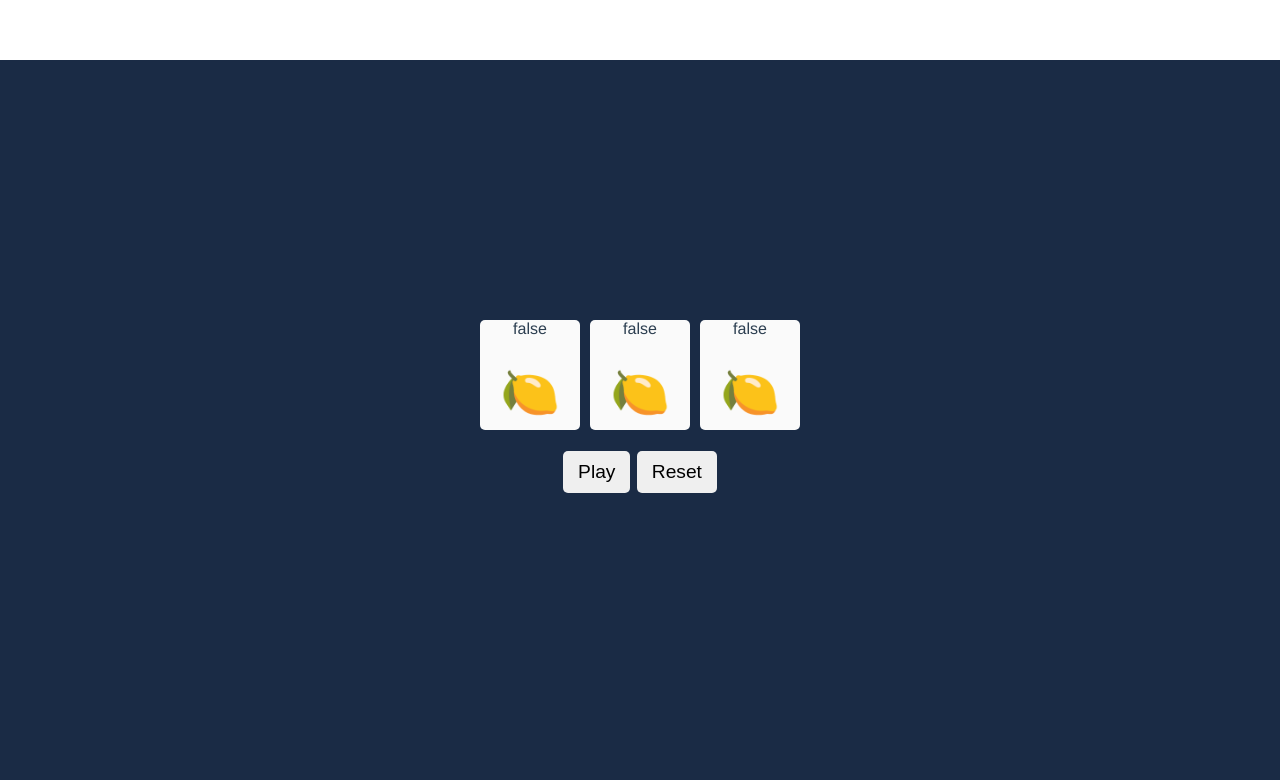
Repository: HERBOD7/slotmachine
Page: /
These files come from the project's save history. The page is drawn as it stood at one moment and after the next save; the edit follows.
The browser window is 1280 px wide. The pictures show the whole page.
The project was rebuilt for these pictures with package versions that can differ from the ones it lists, and the page was loaded fresh each time. Also part of the build but not shown: vue.config.js.

Above is the page before, as saved 2023-07-22 17:29:40.

### src/App.vue
<template>
  <div id="app">
    <div class="doors">
      <div class="door" v-for="i in 3" :key="i">
        {{ isLoading }}
        <div>
          <!-- <div class="boxes">
            <div
              :class="['box', transitionend ? 'blur' : '']"
              v-for="(symbol, index) in symbols"
              :key="index"
            >
              {{ symbol }}
            </div>
          </div> -->
          <SlotBox :symbols="symbols" />
        </div>
      </div>
    </div>

    <div class="buttons">
      <button @click="init" id="spinner">Play</button>
      <button @click="init" id="reseter">Reset</button>
    </div>
  </div>
</template>

<script>
// import HelloWorld from "./components/HelloWorld.vue";
import SlotBox from "./components/SlotBox.vue";

export default {
  name: "App",
  components: {
    // HelloWorld,
    SlotBox,
  },
  data() {
    return {
      symbols: ["🍋", "🍉", "🍒", "🍊"],
      transitionstart: false,
      transitionend: false,
      isLoading: false,
    };
  },
  created() {
    this.init();
  },
  methods: {
    init(firstInit = true, groups = 1, duration = 1) {
      const doors = document.querySelectorAll(".door");
      // this.isLoading = true;
      for (const door of doors) {
        const boxes = door.querySelector(".boxes");
        const boxesClone = boxes.cloneNode(false);
        // const pool = ["❓"];
        const pool = [];

        if (!firstInit) {
          const arr = [];
          for (let n = 0; n < (groups > 0 ? groups : 1); n++) {
            arr.push(...this.symbols);
          }
          pool.push(...this.shuffle(arr));

          boxesClone.addEventListener(
            "transitionstart",
            function () {
              door.dataset.spinned = "1";
              this.querySelectorAll(".box").forEach((box) => {
                box.style.filter = "blur(1px)";
              });
            },
            { once: true }
          );

          boxesClone.addEventListener(
            "transitionend",
            function () {
              this.querySelectorAll(".box").forEach((box) => {
                box.style.filter = "blur(0)";
                // if (index > 0) this.removeChild(box);
              });
            },
            { once: true }
          );
        }

        // for (let i = pool.length - 1; i >= 0; i--) {
        //   const box = document.createElement("div");
        //   box.classList.add("box");
        //   box.style.width = door.clientWidth + "px";
        //   box.style.height = door.clientHeight + "px";
        //   box.textContent = pool[i];
        //   boxesClone.appendChild(box);
        // }
        this.symbols = this.shuffle(this.symbols);
        boxesClone.style.transitionDuration = `${duration > 0 ? duration : 1}s`;
        boxesClone.style.transform = `translateY(-${
          door.clientHeight * (pool.length - 1)
        }px)`;
        // door.replaceChild(boxesClone, boxes);
      }
      // this.isLoading = false;
    },
    enterTransition() {
      this.transitionstart = true;
      console.log("start");
    },
    leaveTransition() {
      this.transitionend = true;
      console.log("end");
    },
    async spin() {
      this.init(false, 1, 2);
      const doors = document.querySelectorAll(".door");
      for (const door of doors) {
        const boxes = door.querySelector(".boxes");
        const duration = parseInt(boxes.style.transitionDuration);
        boxes.style.transform = "translateY(0)";
        await new Promise((resolve) => setTimeout(resolve, duration * 100));
      }
    },
    shuffle(array) {
      for (let i = array.length - 1; i > 0; i--) {
        const j = Math.floor(Math.random() * (i + 1));
        [array[i], array[j]] = [array[j], array[i]];
      }
      return array;
    },
  },
};
</script>

<style>
#app {
  font-family: Avenir, Helvetica, Arial, sans-serif;
  -webkit-font-smoothing: antialiased;
  -moz-osx-font-smoothing: grayscale;
  text-align: center;
  color: #2c3e50;
  margin-top: 60px;
}

body {
  width: 100vw;
  height: 100vh;
  margin: 0;
  padding: 0;
}

#app {
  width: 100%;
  height: 100%;
  background: #1a2b45;
  display: flex;
  flex-direction: column;
  justify-content: center;
  align-items: center;
}

.doors {
  display: flex;
}

.door {
  background: #fafafa;
  width: 100px;
  height: 110px;
  overflow: hidden;
  border-radius: 5px;
  margin: 5px;
}

/* .boxes {
  transform: translateY(0);
  transition: transform 1s ease-in-out;
}

.box {
  display: flex;
  justify-content: center;
  align-items: center;
  font-size: 3rem;
  height: 110px;
  width: 100px;
} */

.blur {
  filter: blur(1px);
}

.buttons {
  margin: 1rem 0 2rem 0;
}

button {
  cursor: pointer;
  font-size: 1.2rem;
  margin: 0 0.2rem;
  border: none;
  border-radius: 5px;
  padding: 10px 15px;
}

.info {
  position: fixed;
  bottom: 0;
  width: 100%;
  text-align: center;
}
</style>

### src/components/SlotBox.vue
<template>
  <div class="boxes">
    <div :class="['box']" v-for="(symbol, index) in symbols" :key="index">
      {{ symbol }}
    </div>
  </div>
</template>

<script>
export default {
  name: "SlotBox",
  props: {
    symbols: Array,
  },
};
</script>

<!-- Add "scoped" attribute to limit CSS to this component only -->
<style scoped>
.boxes {
  transform: translateY(0);
  transition: transform 1s ease-in-out;
}

.box {
  display: flex;
  justify-content: center;
  align-items: center;
  font-size: 3rem;
  height: 110px;
  width: 100px;
}
</style>

Loaded but not shown: public/index.html (common file); src/main.js (common file)

After the next save:
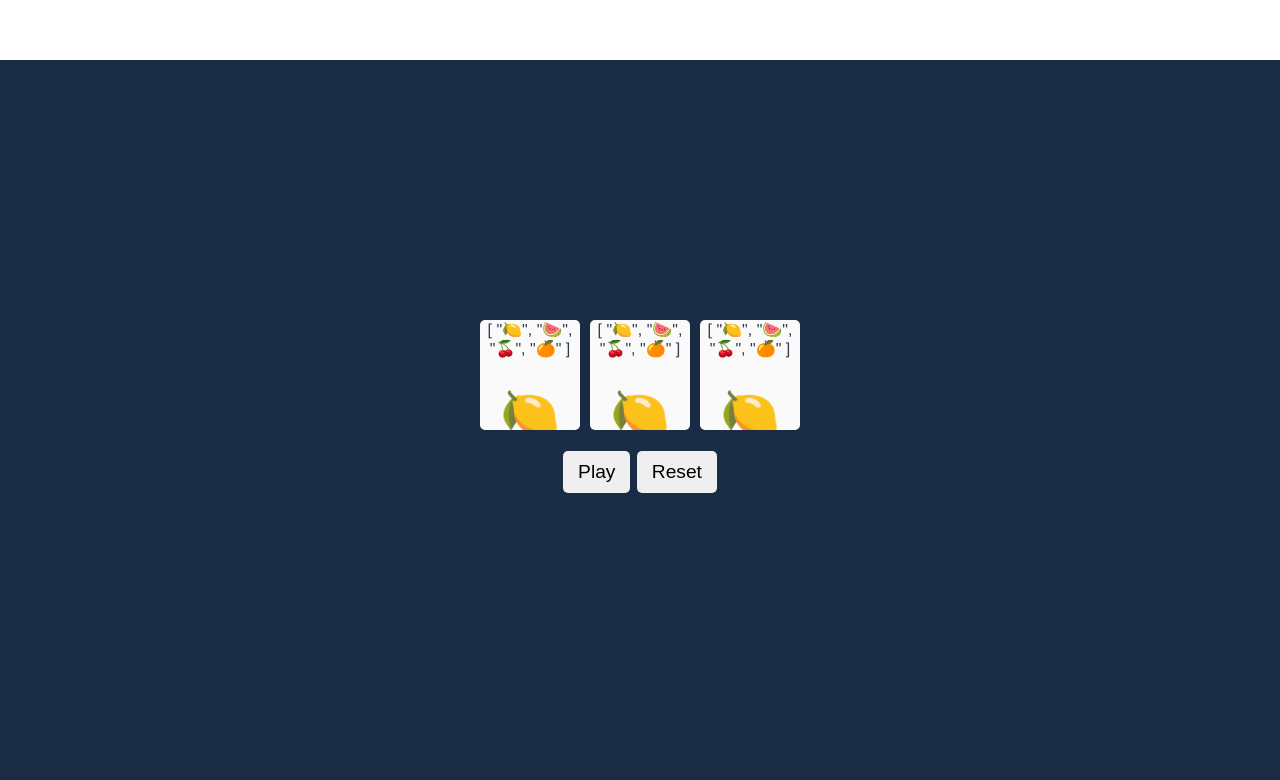
Saved 41 min 41 s later.
--- a/src/App.vue
+++ b/src/App.vue
@@ -2,7 +2,7 @@
   <div id="app">
     <div class="doors">
       <div class="door" v-for="i in 3" :key="i">
-        {{ isLoading }}
+        {{ symbols }}
         <div>
           <!-- <div class="boxes">
             <div
